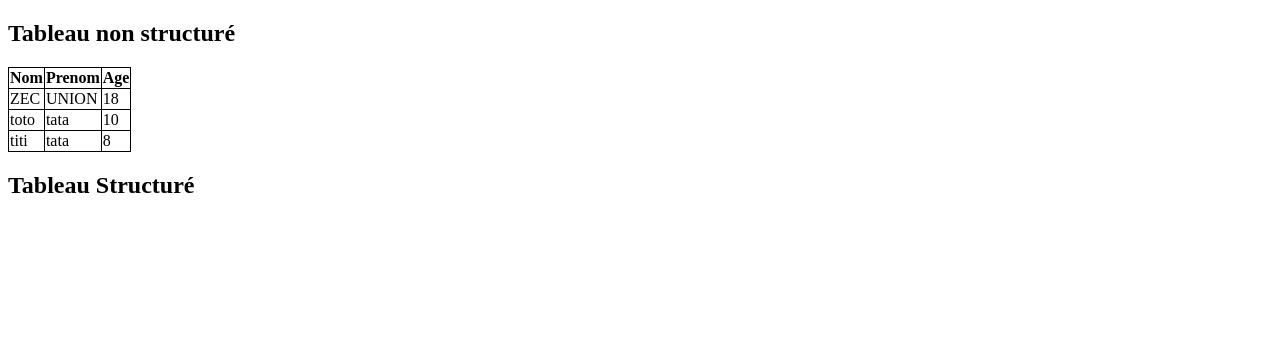
Repository: serviceshuios/Git-Aix-Web
Page: tableau/WebContent/index.html
The author's editor kept a copy of each file at every save. The page is drawn from the files as they stood at one save, then again after the next save.
The browser window is 1280 px wide. The pictures show the whole page.

Above is the page before, as saved 2018-10-25 09:48:56.

### tableau/WebContent/index.html
<!DOCTYPE html>
<html>
	<head>
		<meta charset="utf-8"/>
		<title>TABLEAU</title>
		<link rel="stylesheet" href="css/style.css"/>

	</head>
	<body>
	<h2>Tableau non structuré</h2>
		<table>
			<tr>
				<th>Nom</th>
				<th>Prenom</th>
				<th>Age</th>
			</tr>
			<tr>
				<td>ZEC</td>
				<td>UNION</td>
				<td>18</td>
			</tr>
			<tr>
				<td>toto</td>
				<td>tata</td>
				<td>10</td>
			</tr>
			<tr>
				<td>titi</td>
				<td>tata</td>
				<td>8</td>
			</tr>
		</table>
		<h2>Tableau Structuré</h2>
		<script src="js/script.js"></script>
	</body>
</html>

### tableau/WebContent/css/style.css
@charset "utf-8";
td, th {
	border: 1px solid black;
}

 table {
 	border-collapse: collapse;
 }

Loaded but not shown: tableau/WebContent/js/script.js (no stored copy; drawn as an empty file)

After the next save:
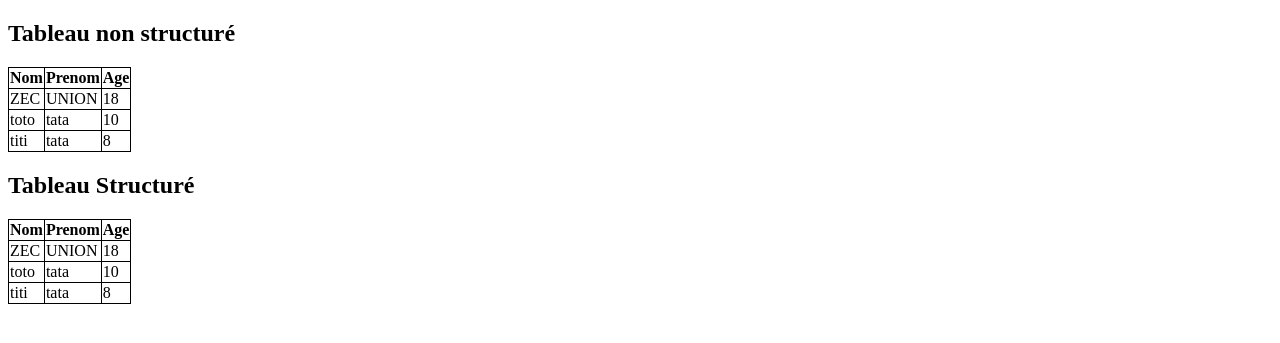
Saved 68 s later.
--- a/tableau/WebContent/index.html
+++ b/tableau/WebContent/index.html
@@ -1,36 +1,60 @@
 <!DOCTYPE html>
 <html>
-	<head>
-		<meta charset="utf-8"/>
-		<title>TABLEAU</title>
-		<link rel="stylesheet" href="css/style.css"/>
+<head>
+<meta charset="utf-8" />
+<title>TABLEAU</title>
+<link rel="stylesheet" href="css/style.css" />
 
-	</head>
-	<body>
+</head>
+<body>
 	<h2>Tableau non structuré</h2>
-		<table>
+	<table>
+		<tr>
+			<th>Nom</th>
+			<th>Prenom</th>
+			<th>Age</th>
+		</tr>
+		<tr>
+			<td>ZEC</td>
+			<td>UNION</td>
+			<td>18</td>
+		</tr>
+		<tr>
+			<td>toto</td>
+			<td>tata</td>
+			<td>10</td>
+		</tr>
+		<tr>
+			<td>titi</td>
+			<td>tata</td>
+			<td>8</td>
+		</tr>
+	</table>
+	<h2>Tableau Structuré</h2>
+	<table>
+		<thead> <!-- entete du tableau -->
 			<tr>
 				<th>Nom</th>
 				<th>Prenom</th>
 				<th>Age</th>
 			</tr>
-			<tr>
-				<td>ZEC</td>
-				<td>UNION</td>
-				<td>18</td>
-			</tr>
-			<tr>
-				<td>toto</td>
-				<td>tata</td>
-				<td>10</td>
-			</tr>
-			<tr>
-				<td>titi</td>
-				<td>tata</td>
-				<td>8</td>
-			</tr>
-		</table>
-		<h2>Tableau Structuré</h2>
-		<script src="js/script.js"></script>
-	</body>
+		</thead>
+		<tr>
+			<td>ZEC</td>
+			<td>UNION</td>
+			<td>18</td>
+		</tr>
+		<tr>
+			<td>toto</td>
+			<td>tata</td>
+			<td>10</td>
+		</tr>
+		<tr>
+			<td>titi</td>
+			<td>tata</td>
+			<td>8</td>
+		</tr>
+	</table>
+	<script src="js/script.js"></script>
+</body>
 </html>
